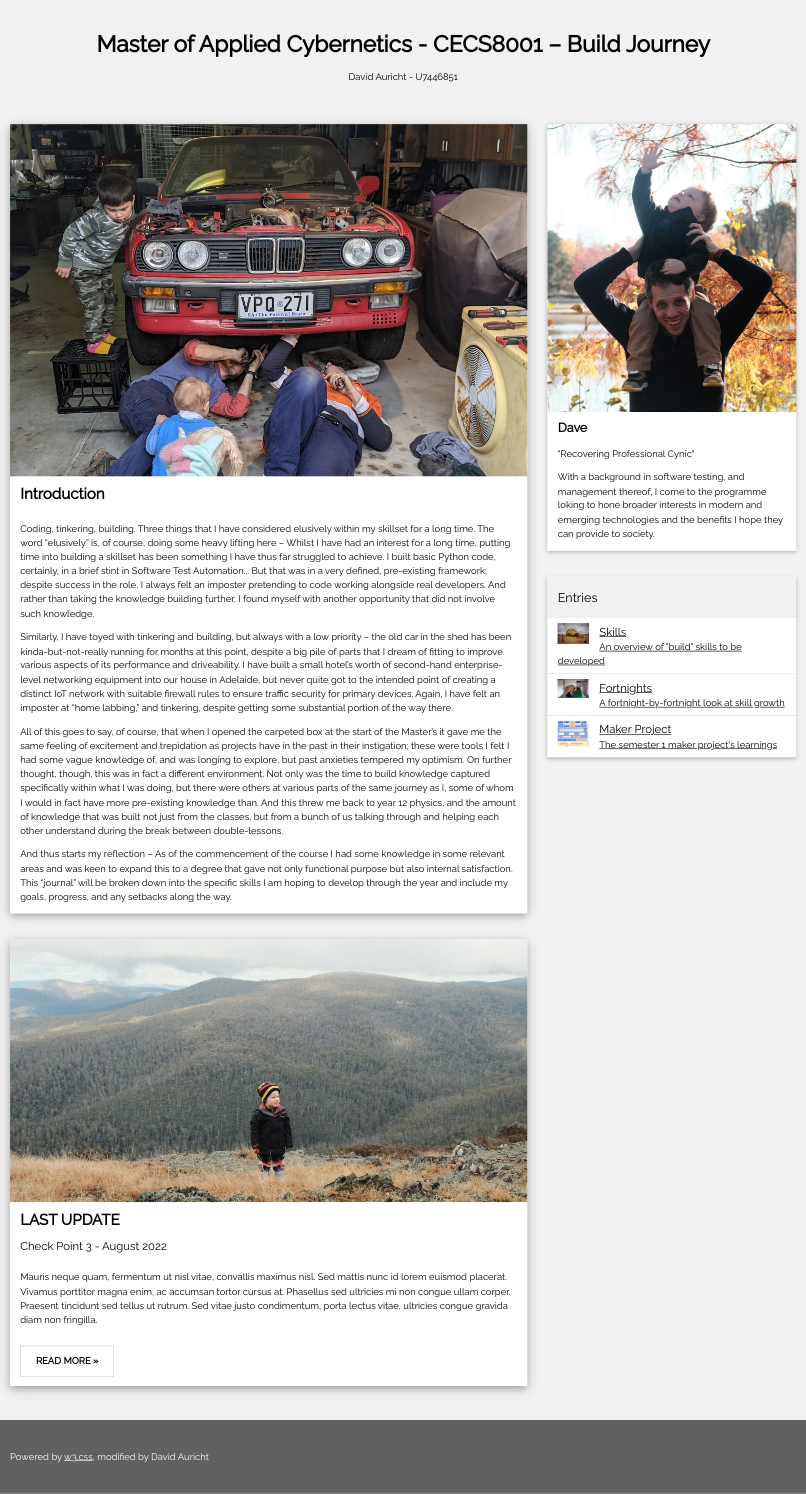
Repository: TodaysSawyer/cecs_8001_journal
Page: CECS_8001_build_journal/index.html
These files come from the project's save history. The page is drawn as it stood at one moment and after the next save; the edit follows.
The browser window is 1280 px wide. The pictures show the whole page, at 63% of full size.

Above is the page before, as saved 2022-08-23 11:13:02.

After the next save:
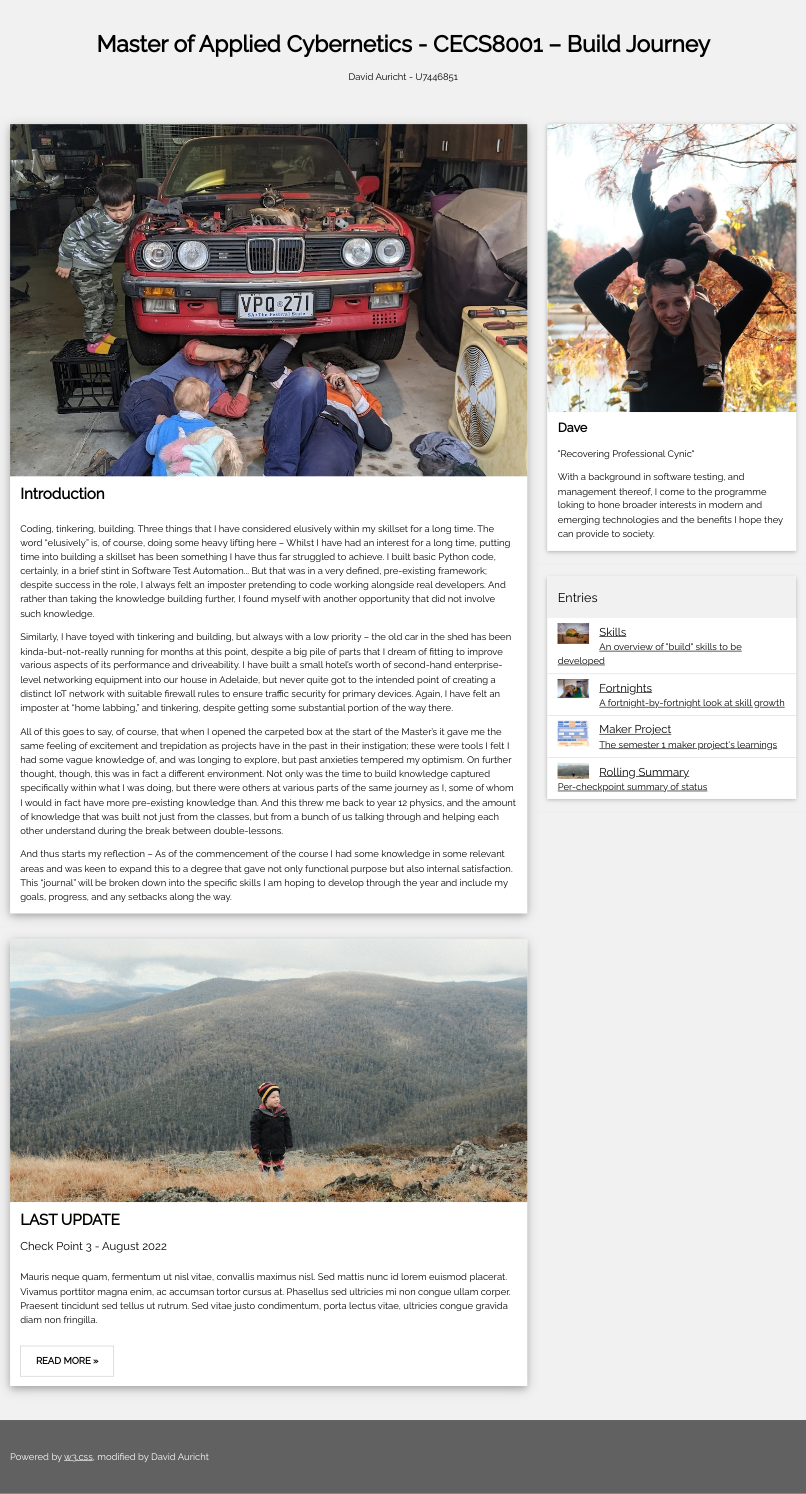
Saved 71 s later.
--- a/CECS_8001_build_journal/index.html
+++ b/CECS_8001_build_journal/index.html
@@ -106,6 +106,13 @@ and is wrapped around the whole page content, except for the footer in this exam
          <span>The semester 1 maker project's learnings</span>
          </a>
       </li>
+      <li>
+         <a href="rolling_summary.html" target="_self">
+         <img src="rolling_summary.jpg" alt="Image" class="w3-left w3-margin-right" style="width:50px">
+         <span class="w3-large">Rolling Summary</span><br>
+         <span>Per-checkpoint summary of status</span>
+         </a>
+      </li>
     </ul>
   </div>
   <hr>
